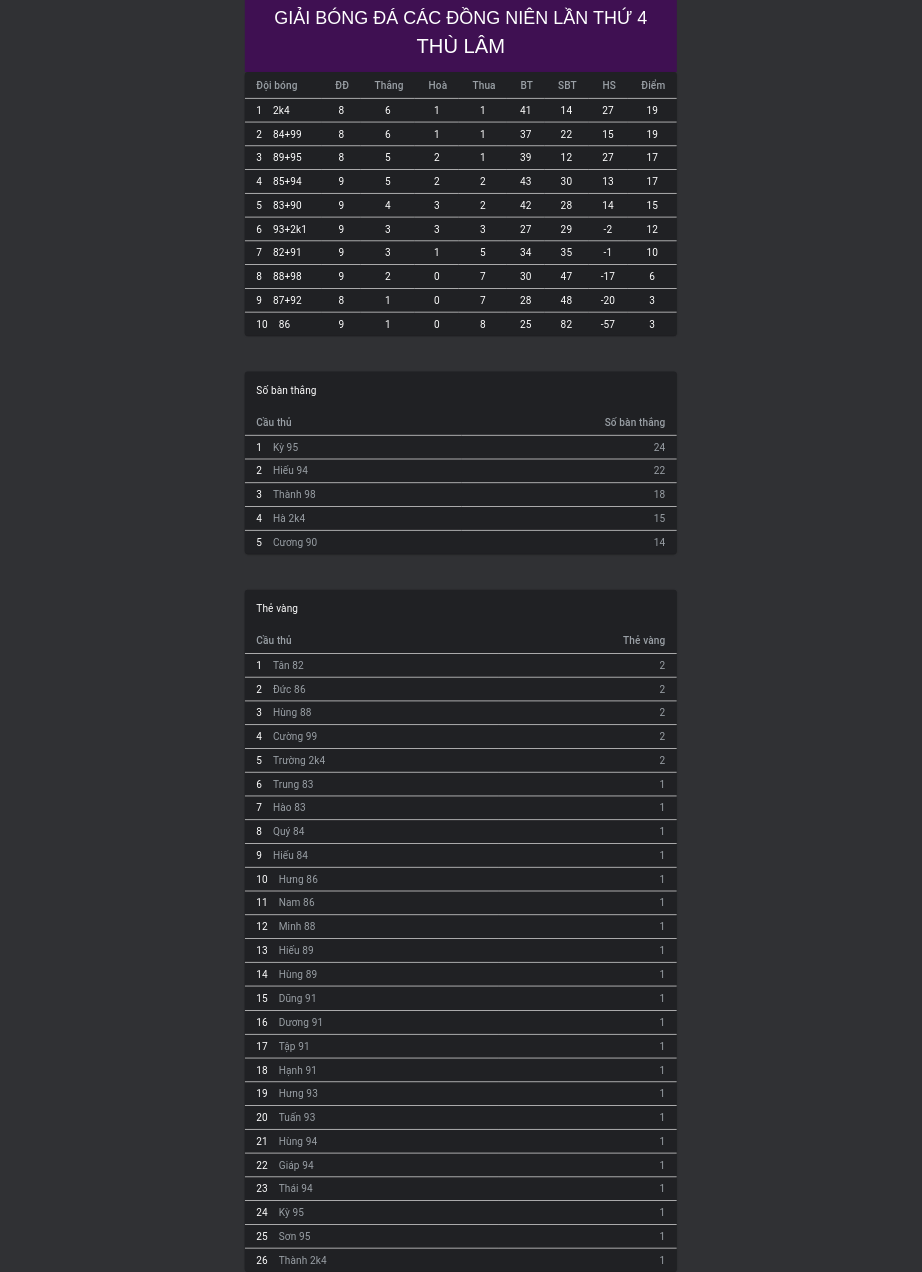
Repository: tuan842001/thulam
Page: /
These files come from the project's save history. The page is drawn as it stood at one moment and after the next save; the edit follows.
The browser window is 1280 px wide. The pictures show the whole page, at 72% of full size.
The project was rebuilt for these pictures with package versions that can differ from the ones it lists, and the page was loaded fresh each time.

Above is the page before, as saved 2022-01-11 15:48:05.

### public/index.html
<!DOCTYPE html>
<html lang="en">
  <head>
    <meta charset="utf-8" />
    <link rel="icon" href="%PUBLIC_URL%/favicon.ico" />
    <meta name="viewport" content="width=device-width, initial-scale=1" />
    <meta name="theme-color" content="#000000" />
    <meta
      name="description"
      content="Web site created using create-react-app"
    />

    <link href="https://cdn.jsdelivr.net/npm/bootstrap@5.1.3/dist/css/bootstrap.min.css" rel="stylesheet" integrity="sha384-1BmE4kWBq78iYhFldvKuhfTAU6auU8tT94WrHftjDbrCEXSU1oBoqyl2QvZ6jIW3" crossorigin="anonymous">
<script src="https://cdn.jsdelivr.net/npm/bootstrap@5.1.3/dist/js/bootstrap.bundle.min.js" integrity="sha384-ka7Sk0Gln4gmtz2MlQnikT1wXgYsOg+OMhuP+IlRH9sENBO0LRn5q+8nbTov4+1p" crossorigin="anonymous"></script>
    <title>GIẢI BÓNG ĐÁ CÁC ĐỒNG NIÊN THÙ LÂM</title>
  </head>
  <body>
    <noscript>You need to enable JavaScript to run this app.</noscript>
    <div id="root"></div>

  </body>
</html>

### src/App.js
import "./App.css";
import { Header } from "./components/header/Header";
import Card from "./pages/card/Card";
import Statistical from "./pages/statistical/Statistical";
import UserList from "./pages/userList/UserList";

function App() {
  return (
    <div className="App">
      <Header />
      <UserList />
      <Statistical />
      <Card />
    </div>
  );
}

export default App;

### src/App.css
body {
  margin: 0;
  font-family: 'Montserrat', sans-serif;
  background-color: #303134;
  display: flex;
  justify-content: center;
}

* {
  margin: 0;
}

@media screen and (max-width: 480px) {
  body {
    justify-content: normal;
  }
}

### src/components/header/Header.jsx
import * as React from "react";
import "./header.css";

export const Header = () => {
  return (
    <div className="header">
      <h4>GIẢI BÓNG ĐÁ CÁC ĐỒNG NIÊN LẦN THỨ 4</h4>
      <h3>THÙ LÂM</h3>
    </div>
  );
};

### src/pages/card/Card.jsx
import * as React from "react";
import Table from "@mui/material/Table";
import TableBody from "@mui/material/TableBody";
import TableCell from "@mui/material/TableCell";
import TableContainer from "@mui/material/TableContainer";
import TableHead from "@mui/material/TableHead";
import TableRow from "@mui/material/TableRow";
import Paper from "@mui/material/Paper";

function createData(order, name, goal) {
  return {
    order,
    name,
    goal,
  };
}

const rows = [
  createData(1, "Tân 82", 2),
  createData(2, "Đức 86", 2),
  createData(3, "Hùng 88", 2),
  createData(4, "Cường 99", 2),
  createData(5, "Trường 2k4", 2),
  createData(6, "Trung 83", 1),
  createData(7, "Hào 83", 1),
  createData(8, "Quý 84", 1),
  createData(9, "Hiếu 84", 1),
  createData(10, "Hưng 86", 1),
  createData(11, "Nam 86", 1),
  createData(12, "Minh 88", 1),
  createData(13, "Hiếu 89", 1),
  createData(14, "Hùng 89", 1),
  createData(15, "Dũng 91", 1),
  createData(16, "Dương 91", 1),
  createData(17, "Tập 91", 1),
  createData(18, "Hạnh 91", 1),
  createData(19, "Hưng 93", 1),
  createData(20, "Tuấn 93", 1),
  createData(21, "Hùng 94", 1),
  createData(22, "Giáp 94", 1),
  createData(23, "Thái 94", 1),
  createData(24, "Kỳ 95", 1),
  createData(25, "Sơn 95", 1),
  createData(26, "Thành 2k4", 1),
];

export default function Card() {
  return (
    <TableContainer
      component={Paper}
      style={{ backgroundColor: "#202124", color: "#FFFF", marginTop: "50px" }}
    >
      <TableCell style={{ color: "#FFFF", borderBottom: "none" }} align="right">
        Thẻ vàng
      </TableCell>
      <Table sx={{ minWidth: 600 }} size="small" aria-label="a dense table">
        <TableHead>
          <TableRow>
            <TableCell style={{ color: "#9aa0a6" }}>Cầu thủ</TableCell>
            <TableCell style={{ color: "#9aa0a6" }} align="right">
              Thẻ vàng
            </TableCell>
          </TableRow>
        </TableHead>
        <TableBody>
          {rows.map((row) => (
            <TableRow
              key={row.name}
              sx={{ "&:last-child td, &:last-child th": { border: 0 } }}
            >
              <TableCell
                component="th"
                scope="row"
                style={{ color: "#9aa0a6" }}
              >
                <span
                  style={{
                    color: "#fff",
                    marginRight: "15px",
                    textAlign: "center",
                  }}
                  align="center"
                >
                  {row.order}
                </span>
                {row.name}
              </TableCell>
              <TableCell style={{ color: "#9aa0a6" }} align="right">
                {row.goal}
              </TableCell>
            </TableRow>
          ))}
        </TableBody>
      </Table>
    </TableContainer>
  );
}

### src/pages/statistical/Statistical.jsx
import * as React from "react";
import Table from "@mui/material/Table";
import TableBody from "@mui/material/TableBody";
import TableCell from "@mui/material/TableCell";
import TableContainer from "@mui/material/TableContainer";
import TableHead from "@mui/material/TableHead";
import TableRow from "@mui/material/TableRow";
import Paper from "@mui/material/Paper";

function createData(order, name, goal) {
  return {
    order,
    name,
    goal,
  };
}

const rows = [
  createData(1, "Kỳ 95", 24),
  createData(2, "Hiếu 94", 22),
  createData(3, "Thành 98", 18),
  createData(4, "Hà 2k4", 15),
  createData(5, "Cương 90", 14),
];

export default function Statistical() {
  return (
    <TableContainer
      component={Paper}
      style={{ backgroundColor: "#202124", color: "#FFFF", marginTop: "50px" }}
    >
      <TableCell style={{ color: "#FFFF", borderBottom: "none" }} align="right">
        Số bàn thắng
      </TableCell>
      <Table sx={{ minWidth: 600 }} size="small" aria-label="a dense table">
        <TableHead>
          <TableRow>
            <TableCell style={{ color: "#9aa0a6" }}>Cầu thủ</TableCell>
            <TableCell style={{ color: "#9aa0a6" }} align="right">
              Số bàn thắng
            </TableCell>
          </TableRow>
        </TableHead>
        <TableBody>
          {rows.map((row) => (
            <TableRow
              key={row.name}
              sx={{ "&:last-child td, &:last-child th": { border: 0 } }}
            >
              <TableCell
                component="th"
                scope="row"
                style={{ color: "#9aa0a6" }}
              >
                <span
                  style={{
                    color: "#FFFF",
                    marginRight: "15px",
                    textAlign: "center",
                  }}
                  align="center"
                >
                  {row.order}
                </span>
                {row.name}
              </TableCell>
              <TableCell style={{ color: "#9aa0a6" }} align="right">
                {row.goal}
              </TableCell>
            </TableRow>
          ))}
        </TableBody>
      </Table>
    </TableContainer>
  );
}

### src/pages/userList/UserList.jsx
import * as React from "react";
import Table from "@mui/material/Table";
import TableBody from "@mui/material/TableBody";
import TableCell from "@mui/material/TableCell";
import TableContainer from "@mui/material/TableContainer";
import TableHead from "@mui/material/TableHead";
import TableRow from "@mui/material/TableRow";
import Paper from "@mui/material/Paper";

function createData(
  order,
  name,
  fought,
  win,
  draw,
  lose,
  goal,
  goals,
  difference,
  protein
) {
  return {
    order,
    name,
    fought,
    win,
    draw,
    lose,
    goal,
    goals,
    difference,
    protein,
  };
}

const rows = [
  createData(1, "2k4", 8, 6, 1, 1, 41, 14, 27, 19),
  createData(2, "84+99", 8, 6, 1, 1, 37, 22, 15, 19),
  createData(3, "89+95", 8, 5, 2, 1, 39, 12, 27, 17),
  createData(4, "85+94", 9, 5, 2, 2, 43, 30, 13, 17),
  createData(5, "83+90", 9, 4, 3, 2, 42, 28, 14, 15),
  createData(6, "93+2k1", 9, 3, 3, 3, 27, 29, -2, 12),
  createData(7, "82+91", 9, 3, 1, 5, 34, 35, -1, 10),
  createData(8, "88+98", 9, 2, 0, 7, 30, 47, -17, 6),
  createData(9, "87+92", 8, 1, 0, 7, 28, 48, -20, 3),
  createData(10, "86", 9, 1, 0, 8, 25, 82, -57, 3),
];

export default function UserList() {
  return (
    <TableContainer
      component={Paper}
      style={{ backgroundColor: "#202124", color: "#FFFF" }}
    >
      <Table sx={{ minWidth: 600 }} size="small" aria-label="a dense table">
        <TableHead>
          <TableRow>
            <TableCell style={{ color: "#9aa0a6" }}>Đội bóng</TableCell>
            <TableCell style={{ color: "#9aa0a6" }} align="right">
              ĐĐ
            </TableCell>
            <TableCell style={{ color: "#9aa0a6" }} align="right">
              Thắng
            </TableCell>
            <TableCell style={{ color: "#9aa0a6" }} align="right">
              Hoà
            </TableCell>
            <TableCell style={{ color: "#9aa0a6" }} align="right">
              Thua
            </TableCell>
            <TableCell style={{ color: "#9aa0a6" }} align="right">
              BT
            </TableCell>
            <TableCell style={{ color: "#9aa0a6" }} align="right">
              SBT
            </TableCell>
            <TableCell style={{ color: "#9aa0a6" }} align="right">
              HS
            </TableCell>
            <TableCell style={{ color: "#9aa0a6" }} align="right">
              Điểm
            </TableCell>
          </TableRow>
        </TableHead>
        <TableBody>
          {rows.map((row) => (
            <TableRow
              key={row.name}
              sx={{ "&:last-child td, &:last-child th": { border: 0 } }}
            >
              <TableCell component="th" scope="row" style={{ color: "#FFFF" }}>
                <span
                  style={{
                    color: "#FFFF",
                    marginRight: "15px",
                    textAlign: "center",
                  }}
                  align="center"
                >
                  {row.order}
                </span>

                {row.name}
              </TableCell>
              <TableCell style={{ color: "#FFFF" }} align="center">
                {row.fought}
              </TableCell>
              <TableCell style={{ color: "#FFFF" }} align="center">
                {row.win}
              </TableCell>
              <TableCell style={{ color: "#FFFF" }} align="center">
                {row.draw}
              </TableCell>
              <TableCell style={{ color: "#FFFF" }} align="center">
                {row.lose}
              </TableCell>
              <TableCell style={{ color: "#FFFF" }} align="center">
                {row.goal}
              </TableCell>
              <TableCell style={{ color: "#FFFF" }} align="center">
                {row.goals}
              </TableCell>
              <TableCell style={{ color: "#FFFF" }} align="center">
                {row.difference}
              </TableCell>
              <TableCell style={{ color: "#FFFF" }} align="center">
                {row.protein}
              </TableCell>
            </TableRow>
          ))}
        </TableBody>
      </Table>
    </TableContainer>
  );
}

### src/components/header/header.css
.header {
    background: #3F1052;
    height: 100px;
    width: 600px;
    text-align: center;
    color: #fff;
    display: flex;
    align-content: center;
    flex-direction: column;
    justify-content: center;
}

.header h4 {
    font-size: 25px;
}

Loaded but not shown: src/index.js (common file)

After the next save:
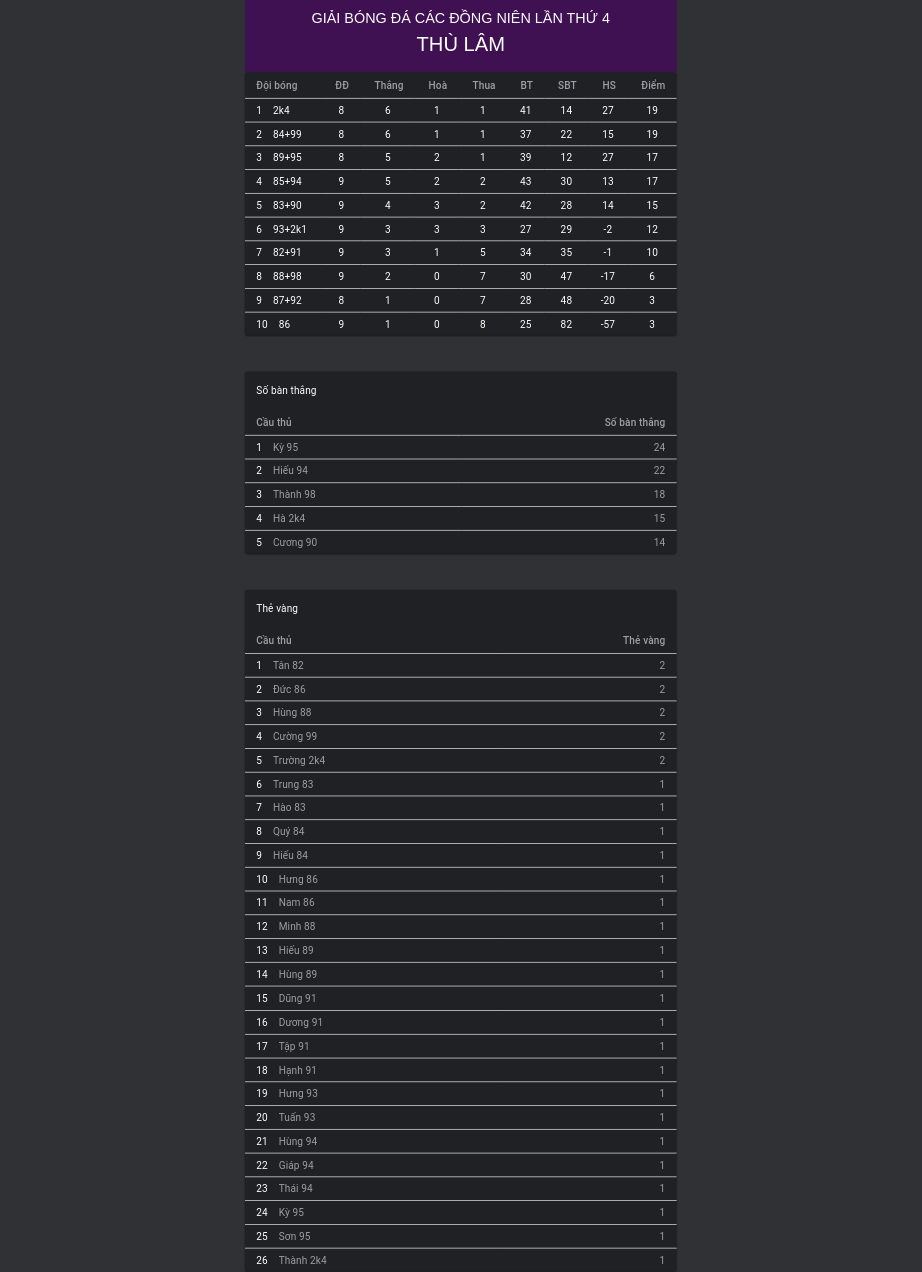
Saved 5 s later.
--- a/src/components/header/header.css
+++ b/src/components/header/header.css
@@ -11,5 +11,5 @@
 }
 
 .header h4 {
-    font-size: 25px;
+    font-size: 20px;
 }
